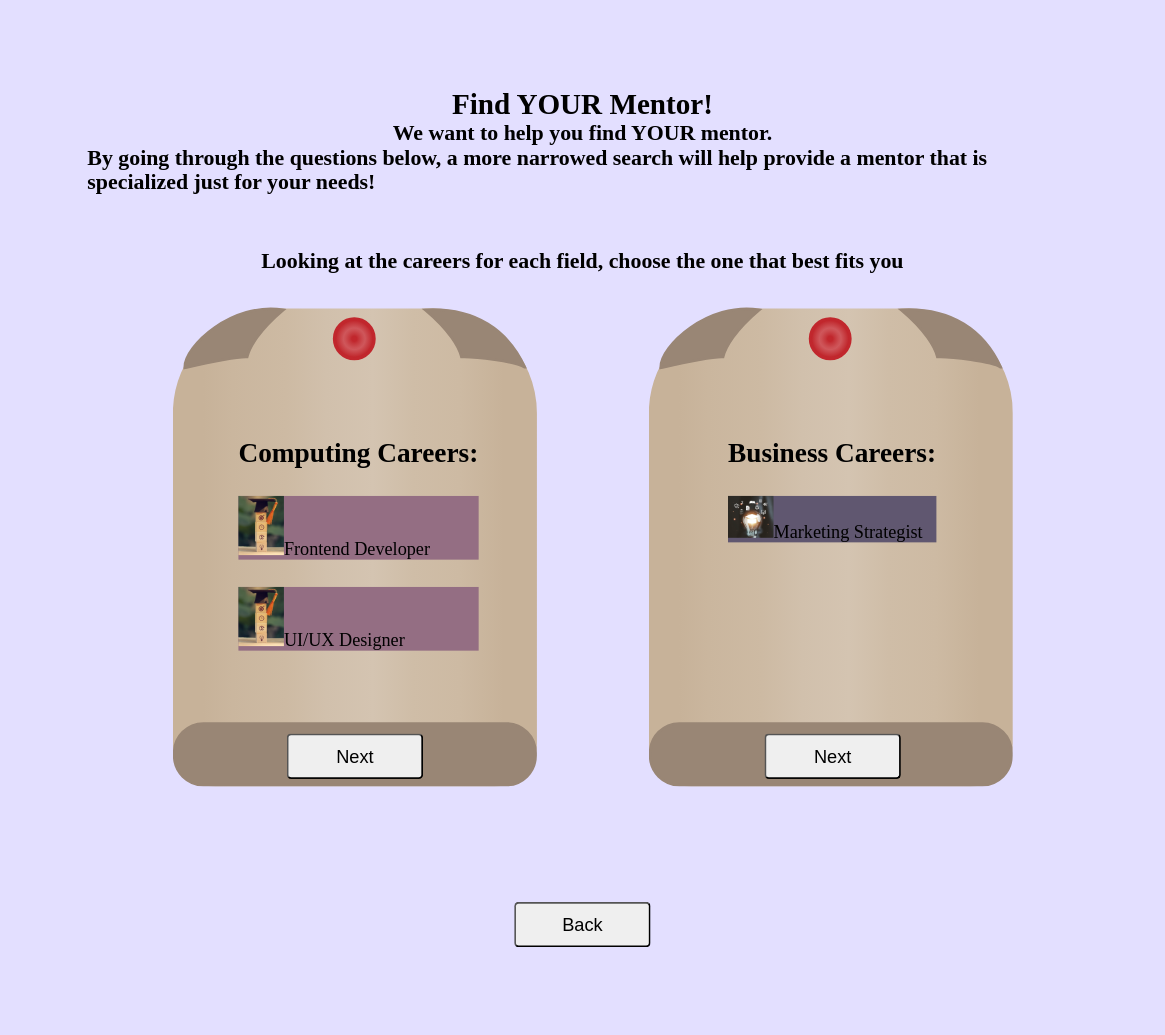
Repository: anikagrewal/week3example
Page: /about
An editor plug-in stored every save of this project. The page is shown before and after the next save, followed by the edit.
The browser window is 1280 px wide. The pictures show the whole page, at 91% of full size.
The project was rebuilt for these pictures with package versions that can differ from the ones it lists, and the page was loaded fresh each time. The framework's server and built-in components were replaced by stand-ins that run in the browser. Also part of the build but not shown: next.config.js.

Above is the page before, as saved 2023-01-23 14:58:03.

### pages/about.js
import Head from 'next/head'
import Image from 'next/image'
import { Inter } from '@next/font/google'
import styles from '@/styles/About.module.css'
import data from '../data/workplace.json'
import { useState } from 'react'
import CardEmployee from '../components/CardEmployee'
import Link from 'next/link'

const inter = Inter({ subsets: ['latin'] })

console.log(data);
export default function About() {

    const [information, setInformation] = useState([...data])

    return (
        <>
        <Head>
        <title>About Page</title>
        <meta name="description" content="Generated by create next app" />
        <meta name="viewport" content="width=device-width, initial-scale=1" />
        <link rel="icon" href="/favicon.ico" />
      </Head>
      <main className={styles.main}>

      <div className={styles.headerstyle}>
      <h1 className={styles.busdeg}>Find YOUR Mentor!</h1>
        <h2 className={styles.busdeg}>We want to help you find YOUR mentor.</h2>
        <h2 className={styles.busdeg}>By going through the questions below, a more narrowed search will help provide a mentor that is specialized just for your needs!</h2>
      </div>

      <div className={styles.careerinfo}>
      <h2 className={styles.busdeg}>Looking at the careers for each field, choose the one that best fits you</h2>
      </div>


        <div className={styles.grid}>
        <div className={styles.gridlayout}>

          <div className={styles.comlay}>
        <h2 className={styles.busdeg}>Computing Careers: </h2>
        {information && information.map((info, index) => {
          if(info.graduate === "computing") {
            return (
              <div key={index}>
                <CardEmployee role={info.role} colour="#946E83" font="20px"/>
              </div>
            )
          }


        })}
       </div>

<div className={styles.buslay}>

        <h2 className={styles.busdeg}>Business Careers: </h2>
        {information && information.map((info, index) => {
          if(info.graduate === "business") {
            return (
              <div key={index}>
                <CardEmployee role={info.role} colour="#605770" font="20px"/>
              </div>
            )
          }


})}

</div>


<div className={styles.scrolls}>
<Image
className={styles.scrollone}
width={400}
height={600}
src={'vector/mentor.svg'}
/>
<Image
className={styles.scrolltwo}
width={400}
height={600}
src={'vector/mentor.svg'}
/>
</div>
</div>
<button className={styles.nextbtnone}>Next</button>
<button className={styles.nextbtntwo}>Next</button>
</div>
<button className={styles.back}> <Link href="home">Back</Link></button>
</main>
</>
    )
}

### styles/globals.css
:root {
  --max-width: 1100px;
  --border-radius: 12px;
  --font-mono: ui-monospace, Menlo, Monaco, 'Cascadia Mono', 'Segoe UI Mono',
    'Roboto Mono', 'Oxygen Mono', 'Ubuntu Monospace', 'Source Code Pro',
    'Fira Mono', 'Droid Sans Mono', 'Courier New', monospace;

  --foreground-rgb: #E3DFFF;
  --background-start-rgb: #E3DFFF;
  --background-end-rgb: #E3DFFF;
  --background-body-color: #E3DFFF;

  --primary-glow: conic-gradient(
    from 180deg at 50% 50%,
    #16abff33 0deg,
    #0885ff33 55deg,
    #54d6ff33 120deg,
    #0071ff33 160deg,
    transparent 360deg
  );
  --secondary-glow: radial-gradient(
    rgba(#E3DFFF, 1),
    rgba(#E3DFFF, 0)
  );

  --tile-start-rgb: 239, 245, 249;
  --tile-end-rgb: 228, 232, 233;
  --tile-border: conic-gradient(
    #00000080,
    #00000040,
    #00000030,
    #00000020,
    #00000010,
    #00000010,
    #00000080
  );

  --callout-rgb: #E3DFFF;
  --callout-border-rgb: 172, 175, 176;
  --card-rgb: 180, 185, 188;
  --card-border-rgb: 131, 134, 135;
}

@media (prefers-color-scheme: light) {
  :root {
    --foreground-rgb: #E3DFFF;
    --background-start-rgb: 0, 0, 0;
    --background-end-rgb: 0, 0, 0;

    --primary-glow: radial-gradient(rgba(1, 65, 255, 0.4), rgba(1, 65, 255, 0));
    --secondary-glow: linear-gradient(
      to bottom right,
      rgba(1, 65, 255, 0),
      rgba(1, 65, 255, 0),
      rgba(1, 65, 255, 0.3)
    );

    --tile-start-rgb: 2, 13, 46;
    --tile-end-rgb: 2, 5, 19;
    --tile-border: conic-gradient(
      #ffffff80,
      #ffffff40,
      #ffffff30,
      #ffffff20,
      #ffffff10,
      #ffffff10,
      #ffffff80
    );

    --callout-rgb: 20, 20, 20;
    --callout-border-rgb: 108, 108, 108;
    --card-rgb: 100, 100, 100;
    --card-border-rgb: 200, 200, 200;
  }
}

* {
  box-sizing: border-box;
  padding: 0;
  margin: 0;
}

html,
body {
  max-width: 100vw;
  overflow-x: hidden;
}

body {
  color: rgb(var(--foreground-rgb));
  background: linear-gradient(
      to bottom,
      transparent,
      rgb(var(--background-end-rgb))
    )
    rgb(var(--background-start-rgb));
}

a {
  color: inherit;
  text-decoration: none;
}

@media (prefers-color-scheme: dark) {
  html {
    color-scheme: light;
  }
}

### styles/About.module.css
.main {
    display: flex;
    flex-direction: column;
    justify-content: space-between;
    align-items: center;
    padding: 6rem;
    min-height: 100vh;
    background-color: var(--background-body-color);
  }

  .description {
    display: inherit;
    justify-content: inherit;
    align-items: inherit;
    font-size: 0.85rem;
    max-width: var(--max-width);
    width: 100%;
    z-index: 2;
    font-family: var(--font-mono);
  }

  .description a {
    display: flex;
    justify-content: center;
    align-items: center;
    gap: 0.5rem;
  }

  .description p {
    position: relative;
    margin: 0;
    padding: 1rem;
    background-color: rgba(var(--callout-rgb), 0.5);
    border: 1px solid rgba(var(--callout-border-rgb), 0.3);
    border-radius: var(--border-radius);
  }

  .code {
    font-weight: 700;
    font-family: var(--font-mono);
  }

  .grid {
    display: grid;
    grid-template-columns: (4, minmax(25%, auto));
    width: var(--max-width);
    max-width: 100%;
    justify-content: center;
  }

  .gridlayout {
    display: flex;
    flex-direction: column;
   gap: 70px;
  }

  .card {
    padding: 1rem 1.2rem;
    border-radius: var(--border-radius);
    background: rgba(var(--card-rgb), 0);
    border: 1px solid rgba(var(--card-border-rgb), 0);
    transition: background 200ms, border 200ms;
  }

  .card span {
    display: inline-block;
    transition: transform 200ms;
  }

  .card h2 {
    font-weight: 600;
    margin-bottom: 0.7rem;
  }

  .card p {
    margin: 0;
    opacity: 0.6;
    font-size: 0.9rem;
    line-height: 1.5;
    max-width: 30ch;
  }


  .headerstyles {
    display: flex;
    justify-content: center;
    align-items: center;
    gap: 10px;
  }

  .careerinfo {
    margin-top: 60px;
  }

  .busdeg {
    display: flex;
    justify-content: center;
  }

  .compdeg {
    display: flex;
    justify-content: center;
  }

  .button {
    width: 150px;
    height: 50px;
    border-radius: 5px;
    font-size: 20px;
  }

  .nextbtnone {
    width: 150px;
    height: 50px;
    border-radius: 5px;
    font-size: 20px;
    margin-top: -185px;
    margin-left: 125px;
    z-index: 2;
  }

  .nextbtntwo {
    width: 150px;
    height: 50px;
    border-radius: 5px;
    font-size: 20px;
    margin-top: -185px;
    margin-left: 650px;
    z-index: 2;
  }

  .back {
    width: 150px;
    height: 50px;
    border-radius: 5px;
    font-size: 20px;
  }
  .comlay {
    margin-top: 180px;
  margin-left: 72px;
  position: absolute;
  z-index: 4;
  font-size: 20px;
  }

  .comlay {
    display: flex;
    flex-direction: column;
    gap: 30px;
  }

  .buslay {
    margin-top: 180px;
  margin-left: 610px;
  position: absolute;
  z-index: 4;
  font-size: 20px;
  }

  .buslay {
    display: flex;
    flex-direction: column;
    gap: 30px;
  }

 .scrolls {
  display: flex;
  justify-content: center;
  flex-direction: row;
  gap: 100px;
 }

  .scrollone {
    display: flex;
    justify-content: center;
    align-items: center;
    position: relative;
    z-index: 1;
    margin-left: 2.5%;
    margin-bottom: 10%;

  }

  .scrolltwo {
    display: flex;
    justify-content: center;
    align-items: center;
    position: relative;
    z-index: 1;
    margin-left: 2.5%;
    margin-bottom: 10%;

  }

  /* Conic Gradient Animation */
  .thirteen::before {
    animation: 6s rotate linear infinite;
    width: 200%;
    height: 200%;
    background: var(--tile-border);
  }

  /* Inner Square */
  .thirteen::after {
    inset: 0;
    padding: 1px;
    border-radius: var(--border-radius);
    background: linear-gradient(
      to bottom right,
      rgba(var(--tile-start-rgb), 1),
      rgba(var(--tile-end-rgb), 1)
    );
    background-clip: content-box;
  }

  /* Enable hover only on non-touch devices */
  @media (hover: hover) and (pointer: fine) {
    .card:hover {
      background: rgba(var(--card-rgb), 0.1);
      border: 1px solid rgba(var(--card-border-rgb), 0.15);
    }

    .card:hover span {
      transform: translateX(4px);
    }
  }

  @media (prefers-reduced-motion) {
    .thirteen::before {
      animation: none;
    }

    .card:hover span {
      transform: none;
    }
  }

  /* Mobile */
  @media (max-width: 700px) {
    .content {
      padding: 4rem;
    }

    .grid {
      grid-template-columns: 1fr;
      margin-bottom: 120px;
      max-width: 320px;
      text-align: center;
    }

    .card {
      padding: 1rem 2.5rem;
    }

    .card h2 {
      margin-bottom: 0.5rem;
    }

    .center {
      padding: 8rem 0 6rem;
    }

    .center::before {
      transform: none;
      height: 300px;
    }

    .description {
      font-size: 0.8rem;
    }

    .description a {
      padding: 1rem;
    }

    .description p,
    .description div {
      display: flex;
      justify-content: center;
      position: fixed;
      width: 100%;
    }

    .description p {
      align-items: center;
      inset: 0 0 auto;
      padding: 2rem 1rem 1.4rem;
      border-radius: 0;
      border: none;
      border-bottom: 1px solid rgba(var(--callout-border-rgb), 0.25);
      background: linear-gradient(
        to bottom,
        rgba(var(--background-start-rgb), 1),
        rgba(var(--callout-rgb), 0.5)
      );
      background-clip: padding-box;
      backdrop-filter: blur(24px);
    }

    .description div {
      align-items: flex-end;
      pointer-events: none;
      inset: auto 0 0;
      padding: 2rem;
      height: 200px;
      background: linear-gradient(
        to bottom,
        transparent 0%,
        rgb(var(--background-end-rgb)) 40%
      );
      z-index: 1;
    }
  }

  /* Tablet and Smaller Desktop */
  @media (min-width: 701px) and (max-width: 1120px) {
    .grid {
      grid-template-columns: repeat(2, 50%);
    }
  }

  @media (prefers-color-scheme: dark) {
    .vercelLogo {
      filter: invert(1);
    }

    .logo,
    .thirteen img {
      filter: invert(1) drop-shadow(0 0 0.3rem #ffffff70);
    }
  }

  @keyframes rotate {
    from {
      transform: rotate(360deg);
    }
    to {
      transform: rotate(0deg);
    }
  }

### data/workplace.json
[
    {
    "employeeNumber": "E2345",
    "firstName": "Joe",
    "role": "Frontend Developer",
    "position": "Junior",
    "graduate": "computing",
    "startDate": 2021
},
{
    "employeeNumber": "E6789",
    "firstName": "Alice",
    "role": "UI/UX Designer",
    "position": "Junior",
    "graduate": "computing",
    "startDate": 2020
},
{
    "employeeNumber": "E1011",
    "firstName": "Jane",
    "role": "Marketing Strategist",
    "position": "Junior",
    "graduate": "business",
    "startDate": 2022
}
]

### components/CardEmployee/index.js
export default function CardEmployee({
    role = "none",
    colour = "purple",
    font = "0",
    image = "icon/business.png"
}) {
    return(
        <div style={{backgroundColor: colour, fontSize:font}}>
            {
                colour === "#946E83" ? <img src={'icon/business.jpeg'} width="50"/> :
                colour === "#605770" ? <img src={'icon/computing.jpeg'} width="50"/>:
                                     <img src={image} width="50"/>
            }
            {role}
        </div>
    )
}

Loaded but not shown: pages/_app.js (common file); pages/_document.js (common file)

After the next save:
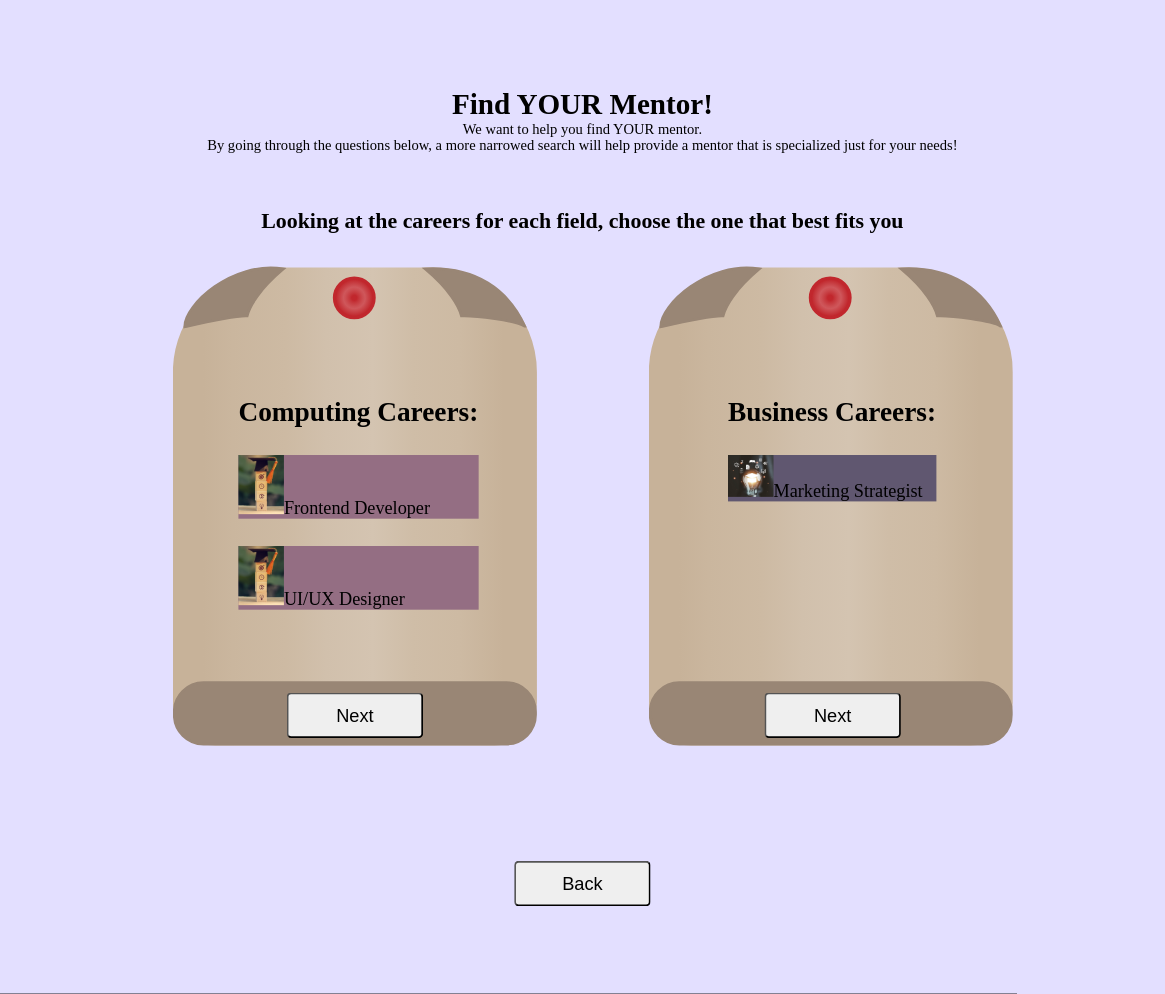
Saved 19 s later.
--- a/pages/about.js
+++ b/pages/about.js
@@ -26,8 +26,8 @@
 
       <div className={styles.headerstyle}>
       <h1 className={styles.busdeg}>Find YOUR Mentor!</h1>
-        <h2 className={styles.busdeg}>We want to help you find YOUR mentor.</h2>
-        <h2 className={styles.busdeg}>By going through the questions below, a more narrowed search will help provide a mentor that is specialized just for your needs!</h2>
+        <p className={styles.busdeg}>We want to help you find YOUR mentor.</p>
+        <p className={styles.busdeg}>By going through the questions below, a more narrowed search will help provide a mentor that is specialized just for your needs!</p>
       </div>
 
       <div className={styles.careerinfo}>
